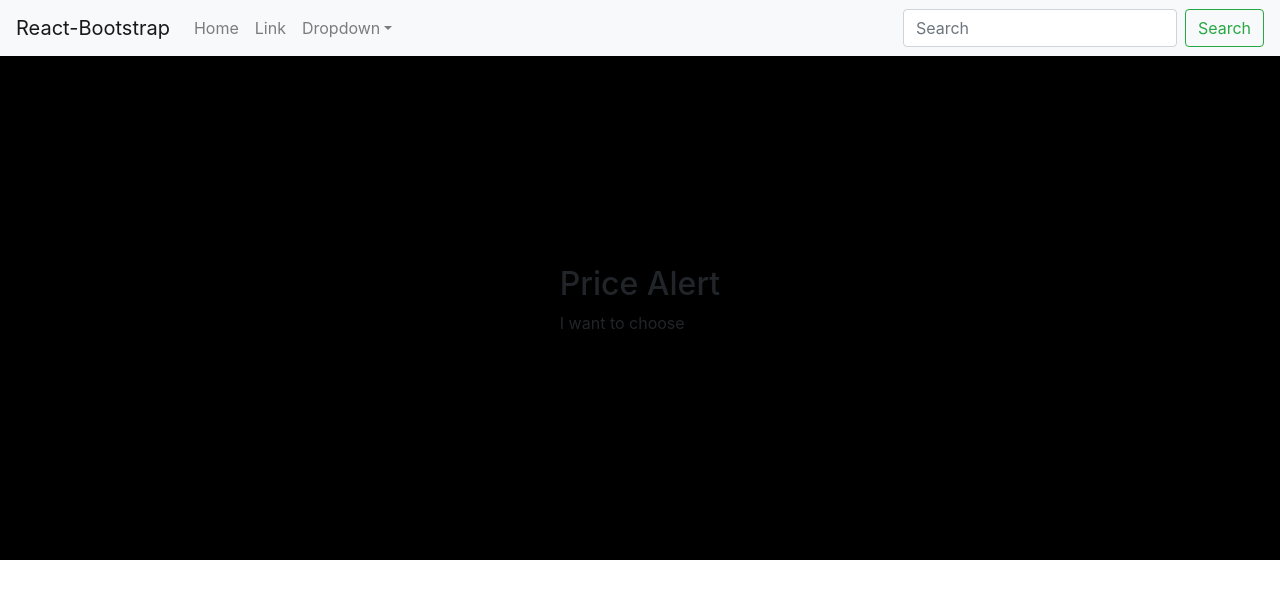
Repository: flychicken123/PriceAlertFront
Page: /
These files come from the project's save history. The page is drawn as it stood at one moment and after the next save; the edit follows.
The browser window is 1280 px wide. The pictures show the whole page.
The project was rebuilt for these pictures with package versions that can differ from the ones it lists, and the page was loaded fresh each time. Also part of the build but not shown: src/App.css.

Above is the page before, as saved 2021-03-05 20:14:11.

After the next save:
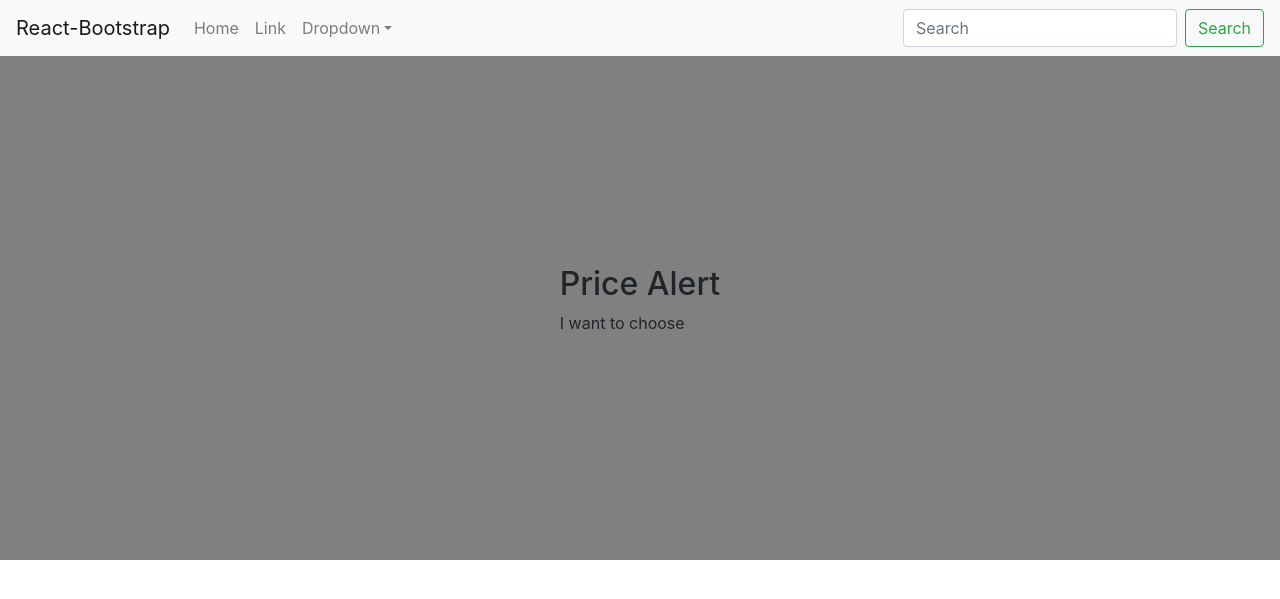
Saved 10 s later.
--- a/src/components/Home.jsx
+++ b/src/components/Home.jsx
@@ -6,7 +6,7 @@ const Home = () => {
         <div className='mainControl'>
             <container>
 
-                <div style={{ display: 'flex', justifyContent: 'center', alignItems: 'center', height: '70vh', backgroundColor: 'black' }}>
+                <div style={{ display: 'flex', justifyContent: 'center', alignItems: 'center', height: '70vh', backgroundColor: 'grey' }}>
                     <Form>
                         <h2>Price Alert</h2>
                         <Form.Group colcontrolId="formBasicEmail">
